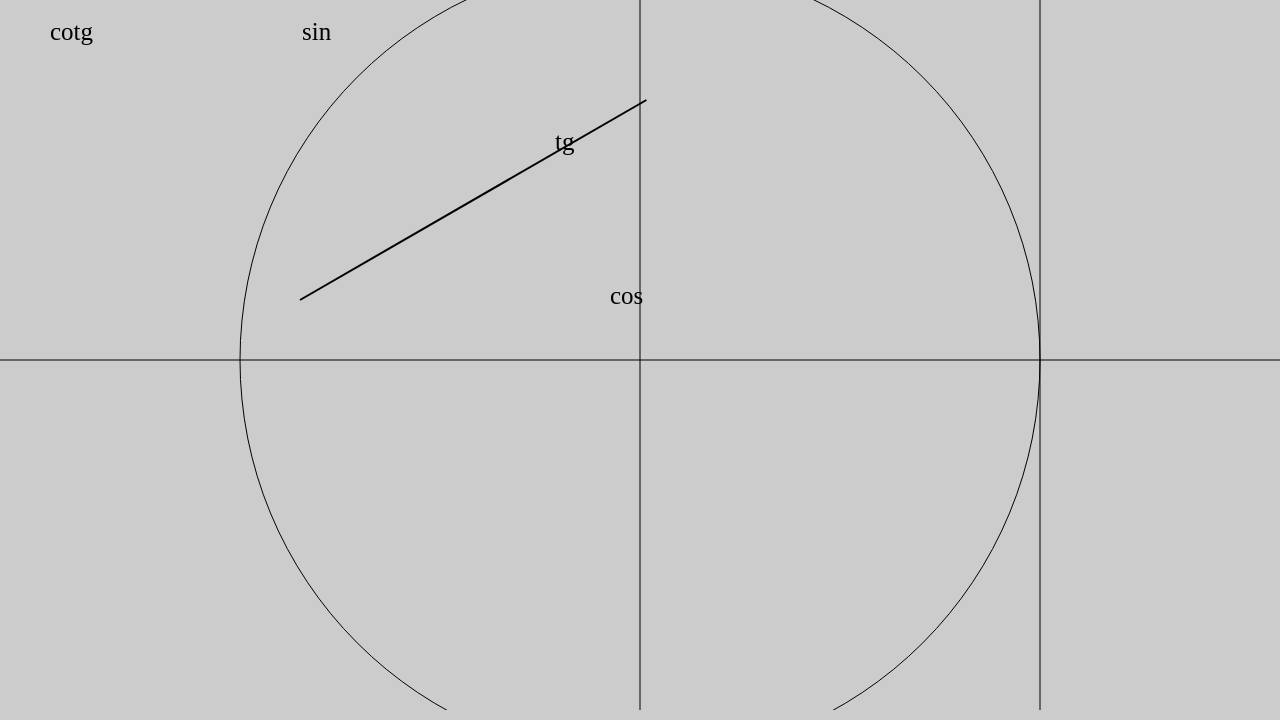
Repository: BraynStorm/braynstorm.github.io
Page: http://localhost/
These files come from the project's save history. The page is drawn as it stood at one moment and after the next save; the edit follows.
The browser window is 1280 px wide. The pictures show the whole page.
The page is run by PHP 8.4 with error messages shown; the project is at /var/www/html/.

Above is the page before, as saved 2015-02-24 15:46:30.

After the next save:
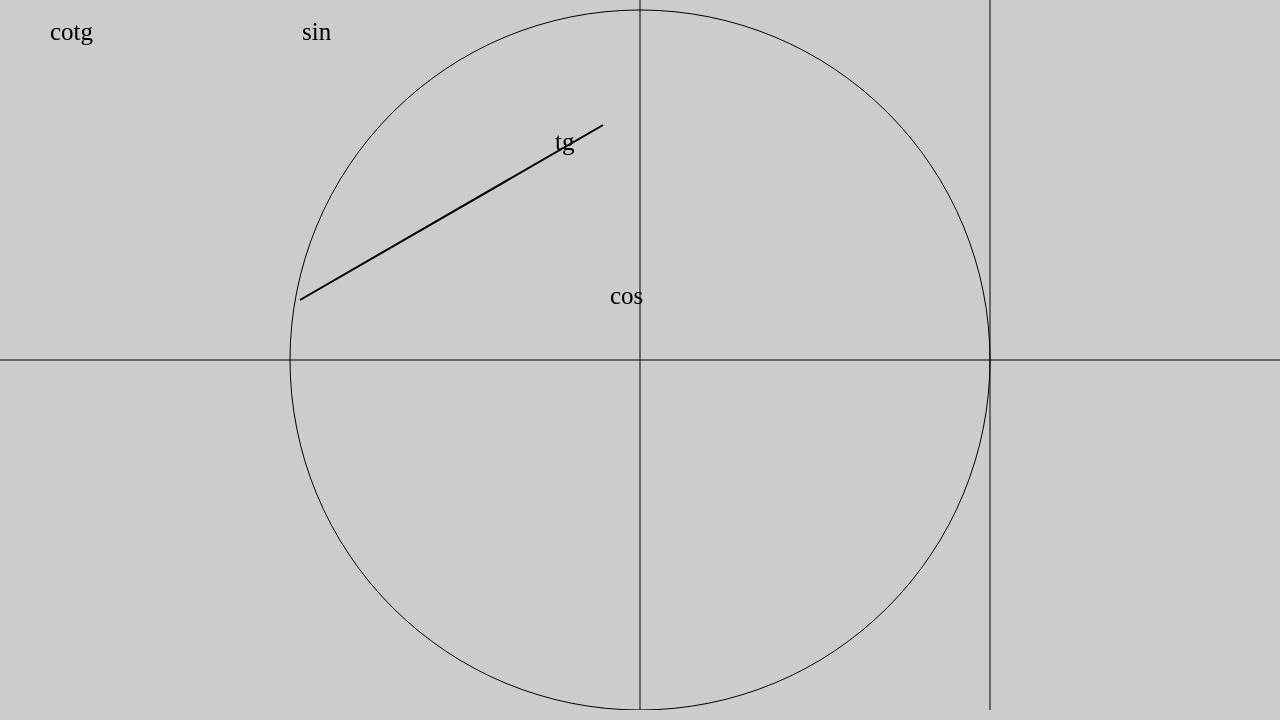
Saved 7 s later.
--- a/JSDrawing/js/swgDrawing.js
+++ b/JSDrawing/js/swgDrawing.js
@@ -3,7 +3,7 @@ $(document).ready(function (){
 	var beginX = window.innerWidth/2;
 	var beginY = window.innerHeight/2;
 
-	var radius = 400;
+	var radius = 350;
 
 	var svg = $('svg');
 
